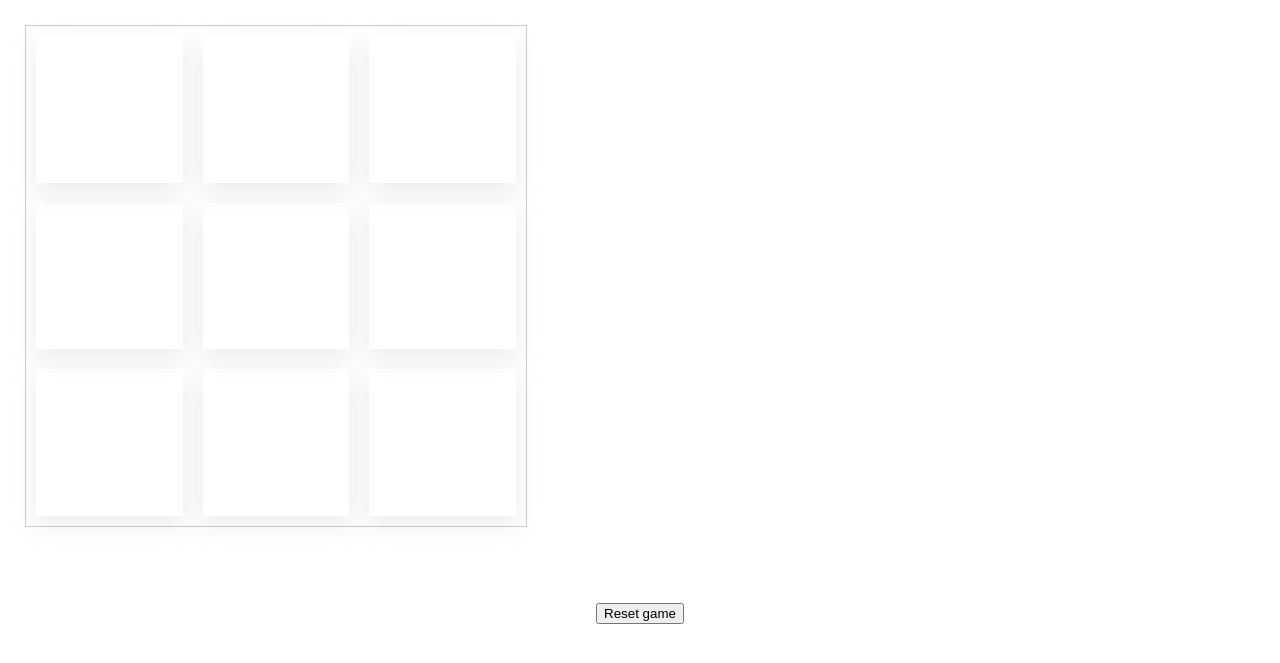
Repository: Phanvangiu/Tictactoe
Page: / (app in tictactoe/)
An editor plug-in stored every save of this project. The page is shown before and after the next save, followed by the edit.
The browser window is 1280 px wide. The pictures show the whole page.
The project was rebuilt for these pictures with package versions that can differ from the ones it lists, and the page was loaded fresh each time.

Above is the page before, as saved 2023-10-11 17:00:40.

### tictactoe/src/App.js

import './App.css';
import Game from './Cgame/Game';
function App() {
  return (
    <div className="App">
      <Game></Game>
    </div>
  );
}

export default App;

### tictactoe/src/Cgame/Game.js
import { useState } from "react";
import Board from "./Board";
import "./GameStyle.css";
import { calculateWinner } from "./HEPLER";
const Game = () => {
  const [board, setBoard] = useState(Array(9).fill(null));
  const [xIsNext, setXIsNext] = useState(true);
  const winner = calculateWinner(board);

  const handleClick = (index) => {
    const boardCopy = [...board];
    if (winner || boardCopy[index]) return;
    boardCopy[index] = xIsNext ? "x" : "o";
    setBoard(boardCopy);
    setXIsNext((xIsNext) => !xIsNext);
  };

  const handleReSetGane = () => {
    setBoard(Array(9).fill(null));
    setXIsNext((xIsNext) => !xIsNext);
  };
  return (
    <div>
      <Board cells={board} onClick={handleClick}></Board>
      <div className="game-winner">{winner ? `Winner is ${winner}` : ``}</div>
      <button onClick={handleReSetGane}>Reset game</button>
    </div>
  );
};

export default Game;

### tictactoe/src/Cgame/Board.js
import React from "react";
import Cell from "./Cell";
const Board = (props) => {
  // const cells = [null, null, null, "x", "x", "x", null, null, null];
  return (
    <div className="game-board">
      {props.cells.map((item, index) => (
        <Cell
          key={index}
          value={item}
          onClick={() => props.onClick(index)}
          className={item === "x" ? "is-x" : item === "o" ? "is-o" : ""}
        ></Cell>
      ))}
    </div>
  );
};

export default Board;

### tictactoe/src/Cgame/GameStyle.css
.game-board {
  margin: 25px;
  width: 500px;
  height: 500px;
  border: 1px solid #ccc;
  display: grid;
  grid-template-columns: repeat(3, 1fr);
  grid-template-rows: repeat(3, 1fr);
}
.game-cell {
  box-shadow: rgba(149, 157, 165, 0.2) 0px 8px 24px;
  font-size: 80px;
  font-weight: 700;
  margin: 10px;
  display: flex;
  justify-content: center;
  align-items: center;
  cursor: context-menu;
}
.game-cell.is-x {
  color: blue;
}
.game-cell.is-x {
  color: red;
}
.game-winner {
  padding: 25px;
  font-size: 25px;
  color: red;
}

### tictactoe/src/Cgame/HEPLER.js
export function calculateWinner(cot) {
  const lines = [
    [0, 1, 2],
    [3, 4, 5],
    [6, 7, 8],
    [0, 3, 6],
    [1, 4, 7],
    [2, 5, 8],
    [0, 4, 8],
    [2, 4, 6],
  ];
  for (let index = 0; index < lines.length; index++) {
    const [a, b, c] = lines[index];
    if (cot[a] && cot[a] === cot[b] && cot[a] === cot[c]) {
      return cot[a];
    }
  }
  return null;
}

### tictactoe/src/Cgame/Cell.js
import React from "react";
//Truyền vào props là các oject gồm (value, onClick())
const Cell = (props) => {
  return (
    <div className={`game-cell ${props.className}`} onClick={props.onClick}>
      {props.value}
    </div>
  );
};

export default Cell;

Loaded but not shown: tictactoe/public/index.html (common file); tictactoe/src/index.js (common file); tictactoe/src/index.css (common file); tictactoe/src/reportWebVitals.js (common file); tictactoe/src/App.css (common file)

After the next save:
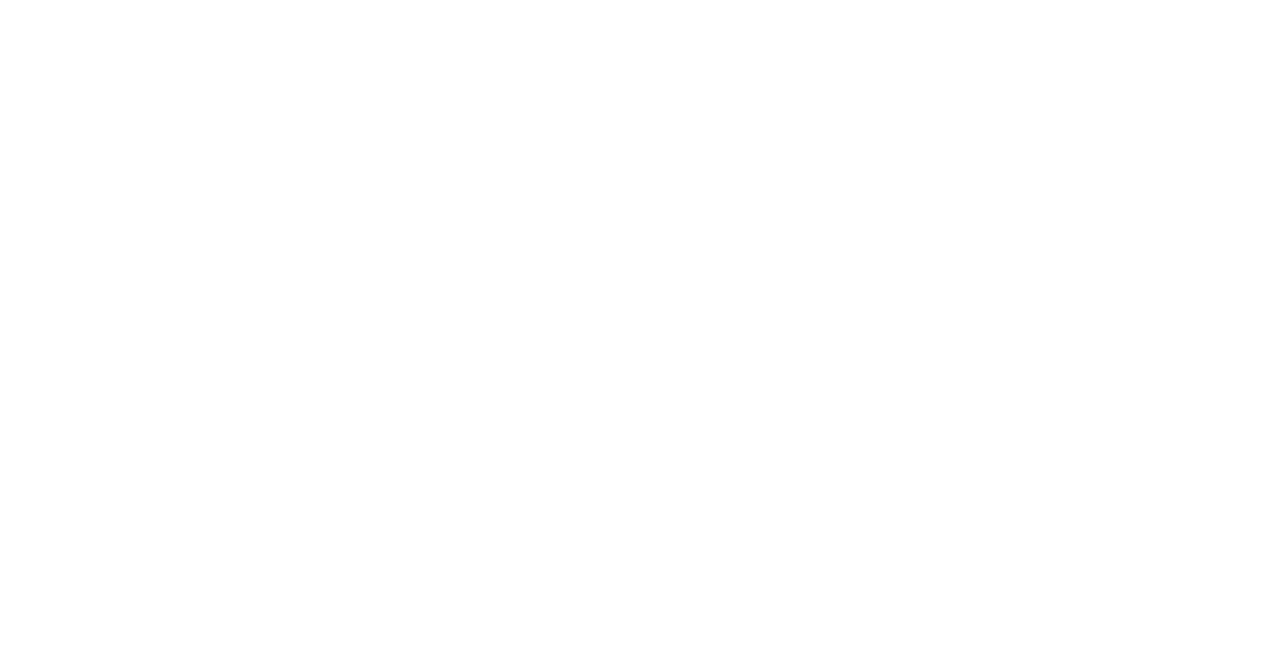
Saved 42 h 25 min later.
--- a/tictactoe/src/App.js
+++ b/tictactoe/src/App.js
@@ -1,12 +1,7 @@
-
-import './App.css';
-import Game from './Cgame/Game';
+import "./App.css";
+import Game from "./Cgame/Game";
 function App() {
-  return (
-    <div className="App">
-      <Game></Game>
-    </div>
-  );
+  return <div className="App">{/* <Game></Game> */}</div>;
 }
 
 export default App;

After the save that followed:
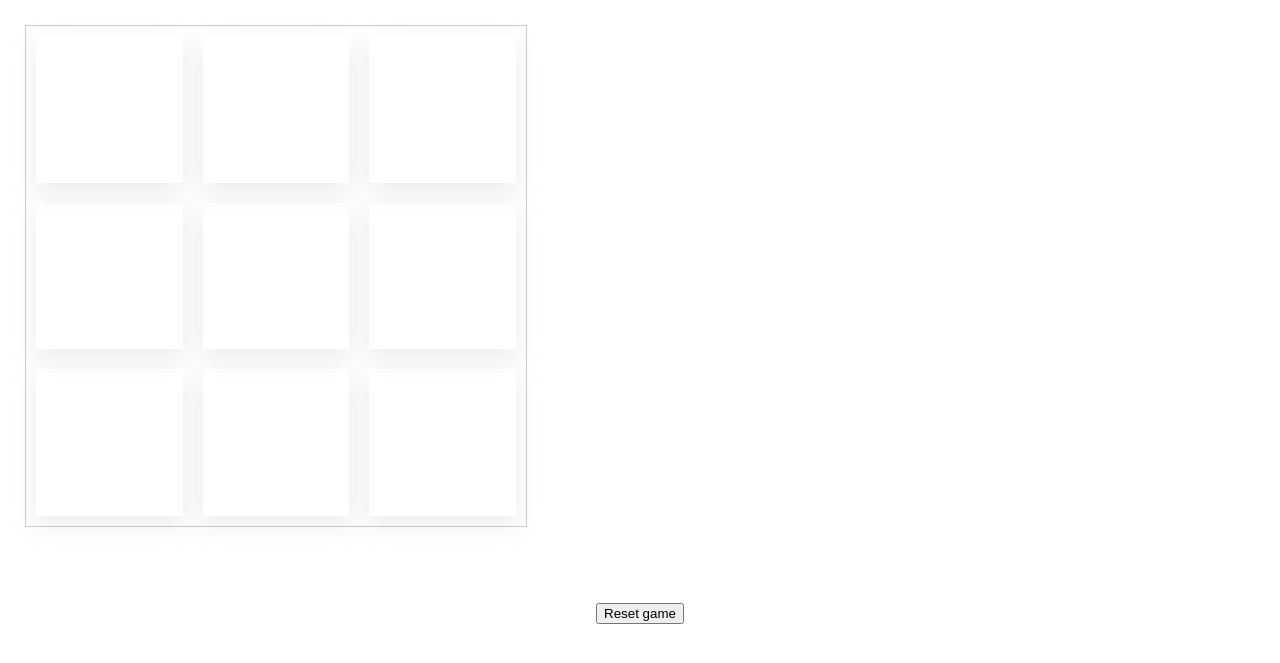
Saved 47 s later.
--- a/tictactoe/src/App.js
+++ b/tictactoe/src/App.js
@@ -1,7 +1,11 @@
 import "./App.css";
 import Game from "./Cgame/Game";
 function App() {
-  return <div className="App">{/* <Game></Game> */}</div>;
+  return (
+    <div className="App">
+      <Game></Game>
+    </div>
+  );
 }
 
 export default App;
